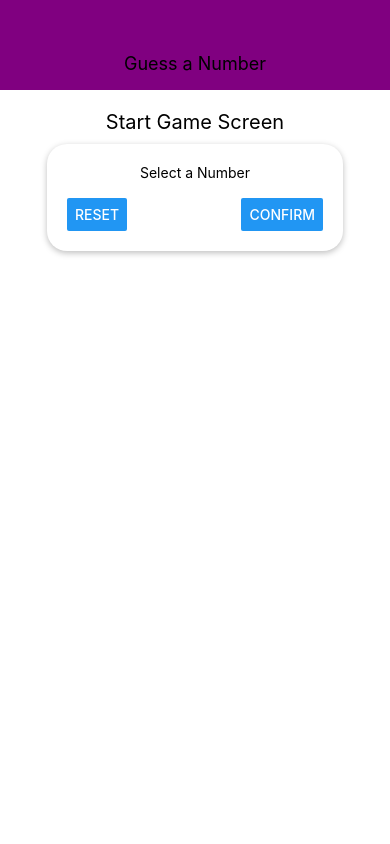
Repository: oguzhan18m/react-native-guess-number-game
Screen: /
These files come from the project's save history. The screen is drawn as it stood at one moment and after the next save; the edit follows.
The app was drawn by React Native's web renderer in a window 390 px wide. The project was rebuilt for these pictures with package versions that can differ from the ones it lists, and the page was loaded fresh each time.

Above is the screen before, as saved 2021-03-03 23:46:10.

After the next save:
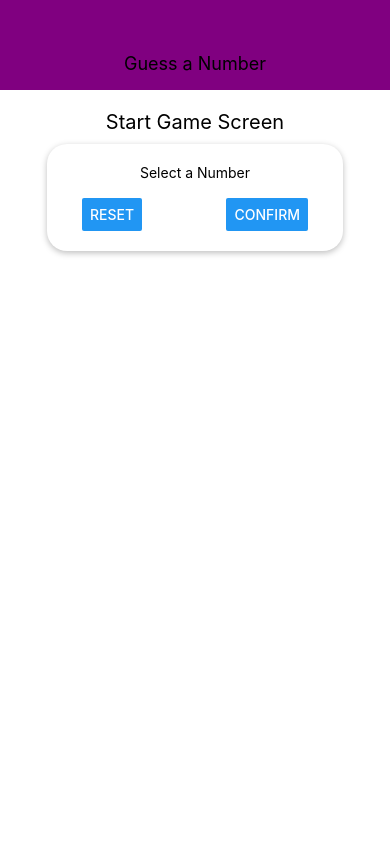
Saved 56 min 57 s later.
--- a/screens/StartGameScreen.js
+++ b/screens/StartGameScreen.js
@@ -35,7 +35,7 @@ const styles = StyleSheet.create({
         alignItems:'center',
         justifyContent:'space-between',
         width:'100%',
-        paddingHorizontal:'15',
+        paddingHorizontal:15,
     },
     inputContainer:{
         width:300,
